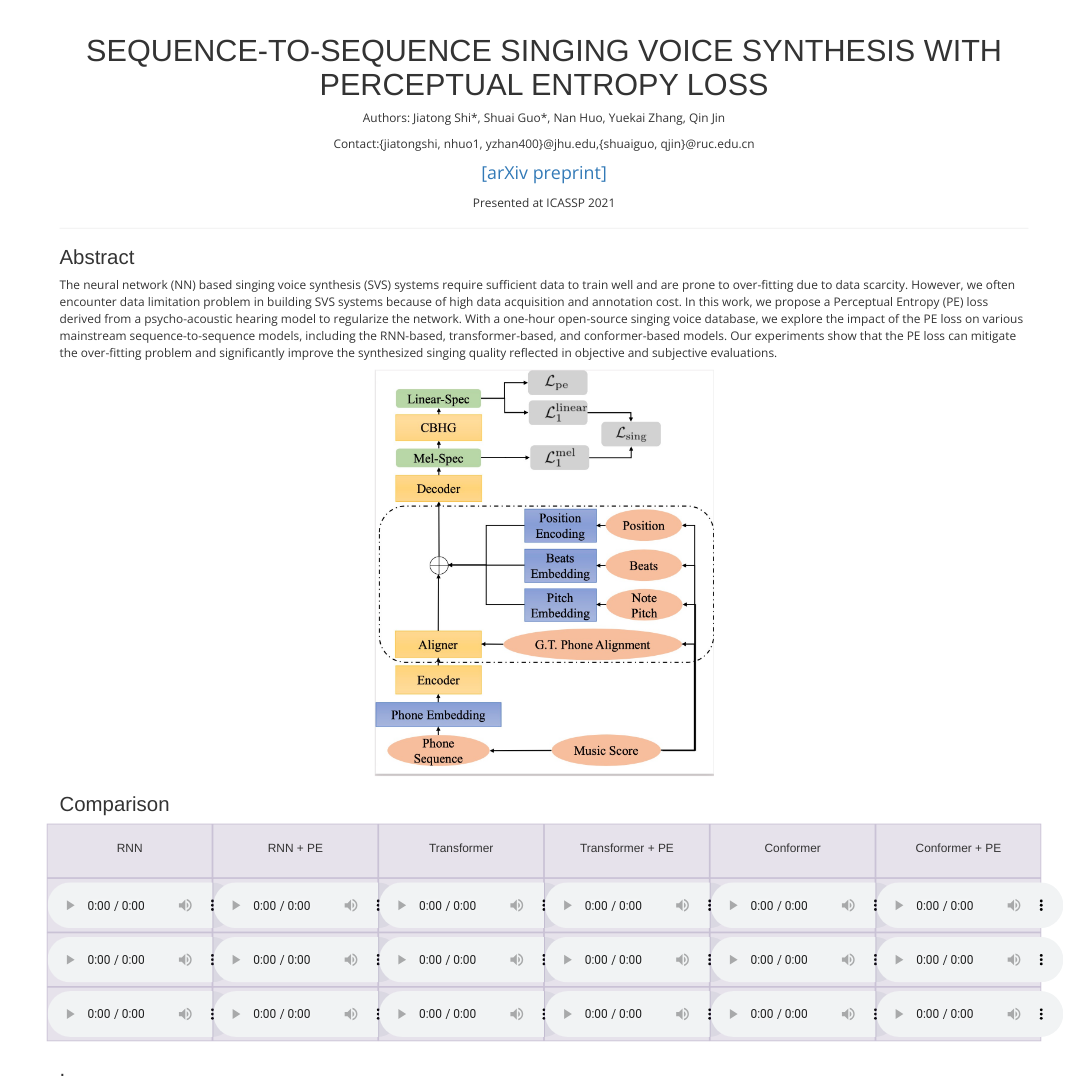
Repository: PeterGuoRuc/SVS_pe.github.io
Page: index.html
These files come from the project's save history. The page is drawn as it stood at one moment and after the next save; the edit follows.
The browser window is 1280 px wide. The pictures show the whole page, at 85% of full size.

Above is the page before, as saved 2021-06-06 17:07:04.

After the next save:
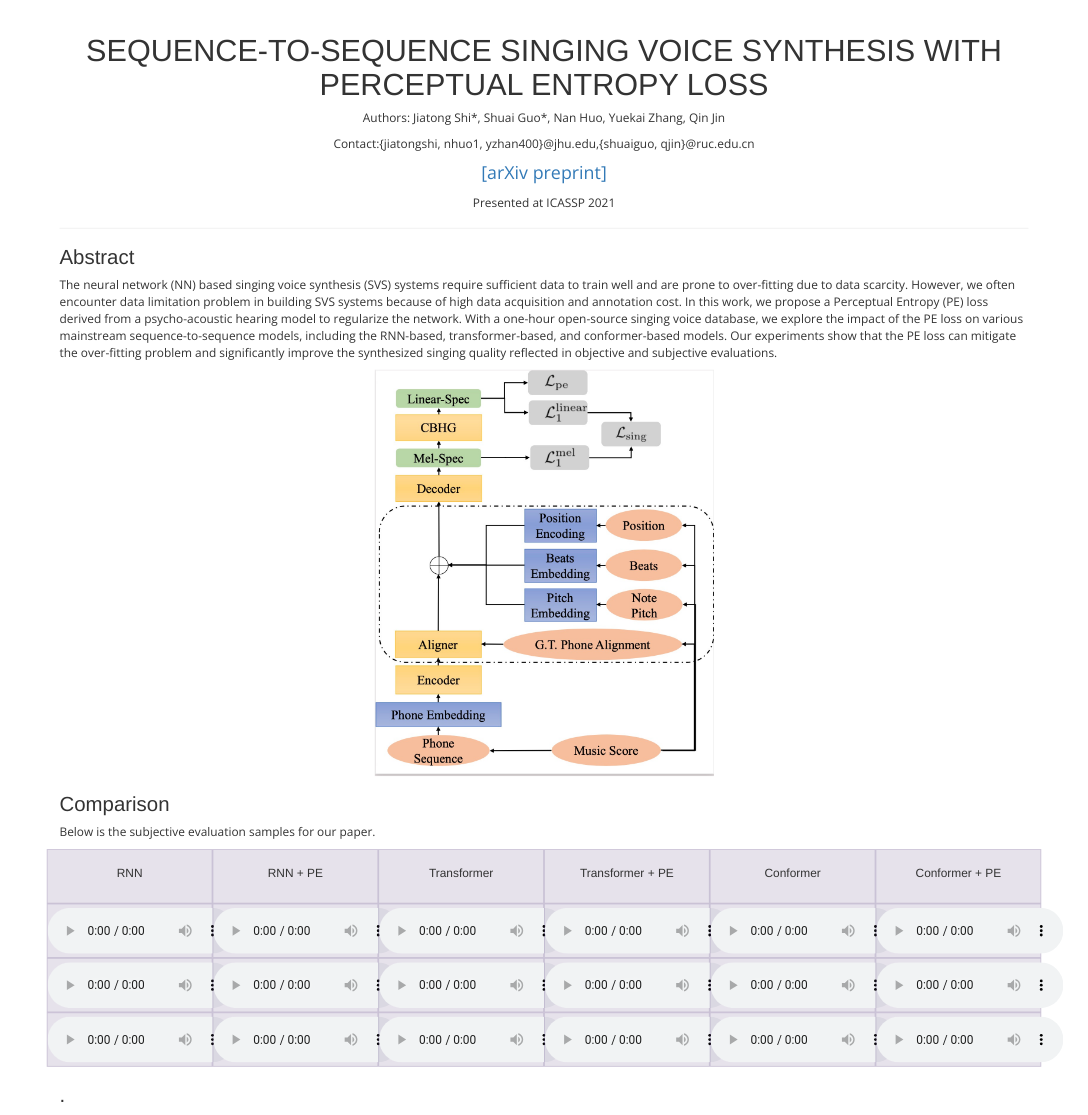
Saved 54 s later.
--- a/index.html
+++ b/index.html
@@ -65,6 +65,7 @@
       <center><img src="images/svs_model.jpg" height="35%" width="35%"></center>
 
       <h3>Comparison</h3>
+      <p>Below is the subjective evaluation samples for our paper.</p>
       <div class="row">
         <div class="col-md-2">RNN</div>
         <div class="col-md-2">RNN + PE</div>
